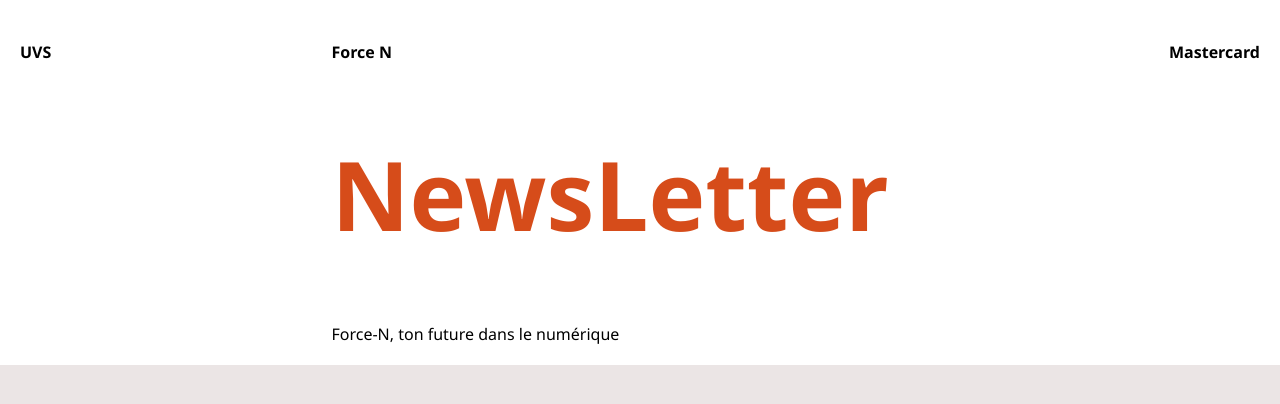
Repository: Ken-dia/newsletters_force_n
Page: index.html
An editor plug-in stored every save of this project. The page is shown before and after the next save, followed by the edit.
The browser window is 1280 px wide. The pictures show the whole page.

Above is the page before, as saved 2024-04-18 12:50:13.

After the next save:
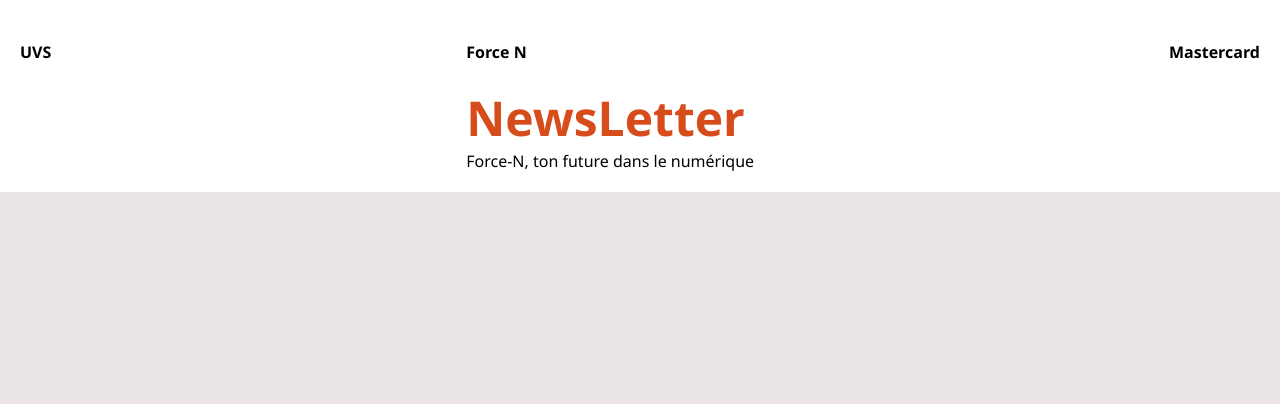
Saved 16 s later.
--- a/index.html
+++ b/index.html
@@ -14,7 +14,7 @@
             </div>
             <div class="logo">
                 <h4>Force N</h4>
-                <div class="title-newsletters"><h1>NewsLetter</h1></div>
+                <div class="title-newsletters">NewsLetter</div>
                 <div class="subtitle-newsletters">Force-N, ton future dans le numérique</div>
             </div>
             <div class="logo">
